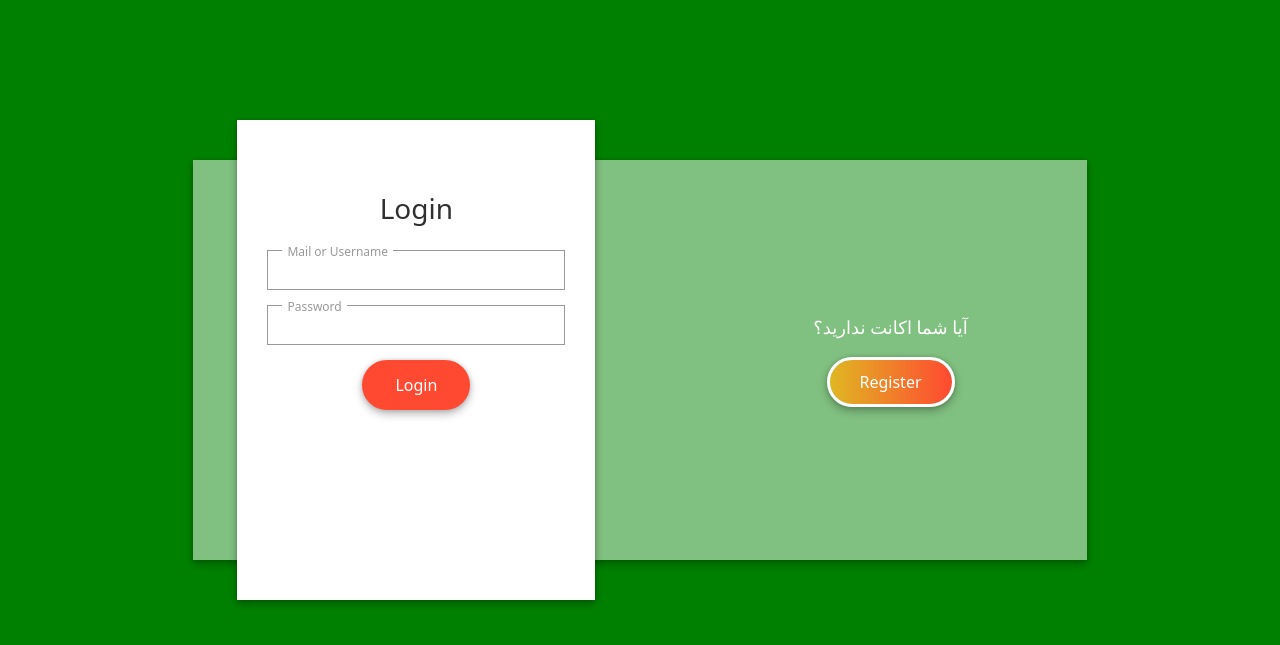
Repository: bzorufchi/front-store
Page: index.html
The author's editor kept a copy of each file at every save. The page is drawn from the files as they stood at one save, then again after a run of saves.
The browser window is 1280 px wide. The pictures show the whole page.

Above is the page before, as saved 2023-11-29 12:03:51.
Not found: wwwroot/Store.styles.css

After the next 2 saves:
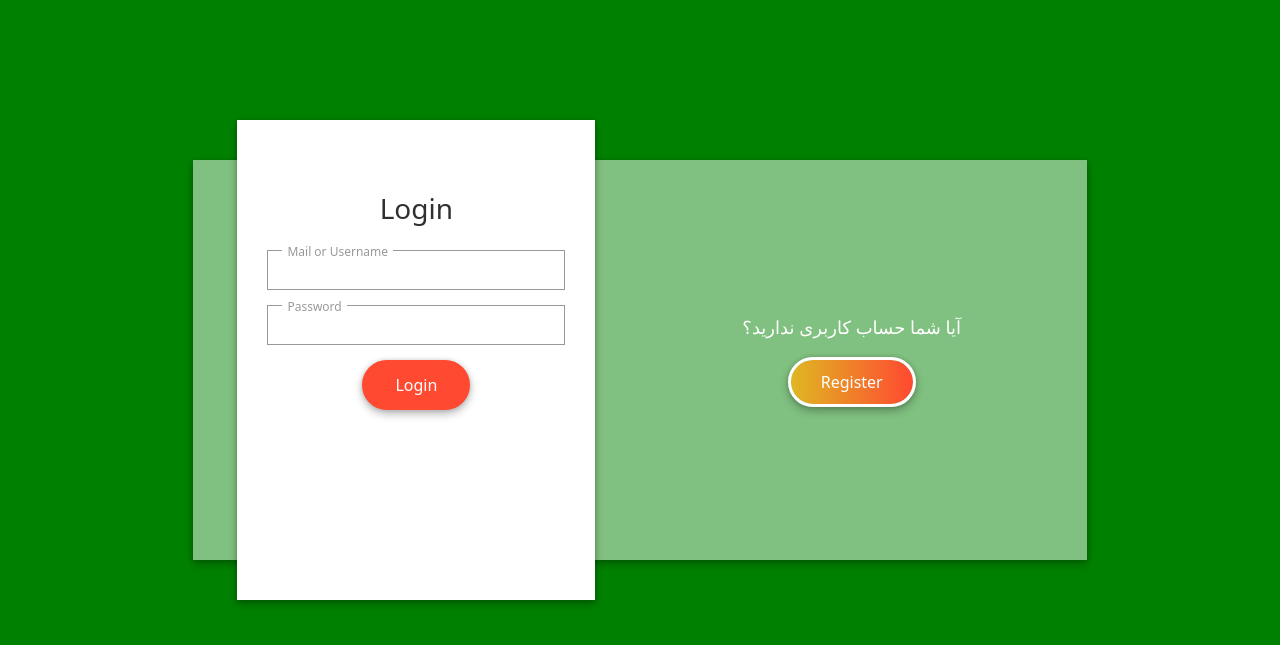
The 2 saves are shown as one change because they came seconds apart.
The last was saved 8 s later.
--- a/index.html
+++ b/index.html
@@ -17,7 +17,7 @@
                 <button class="active">ورود</button>
             </div>
             <div class="rgstr-btn splits">
-                <p>آیا شما اکانت ندارید؟</p>
+                <p>آیا شما حساب کاربری ندارید؟</p>
                 <button>Register</button>
             </div>
             <div class="wrapper">
